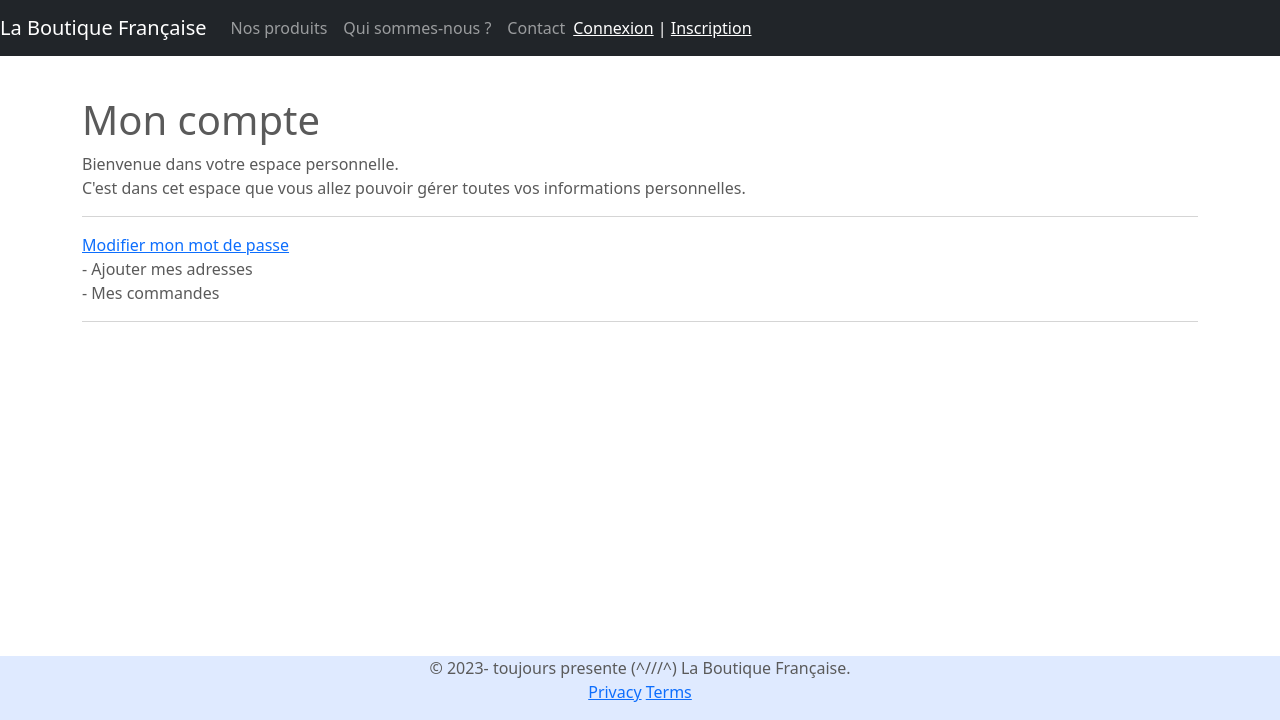
Repository: Coulibaly00180/laboutiquefrancaise
Page: templates/account/index.html.twig
An editor plug-in stored every save of this project. The page is shown before and after the next save, followed by the edit.
The browser window is 1280 px wide. The pictures show the whole page.
The page is a Twig template of a Symfony application; nobody is signed in and links lead nowhere. The template is opened directly, without the code that normally fills it, so the values that code supplies are empty.

Above is the page before, as saved 2023-03-03 17:55:18.

### templates/account/index.html.twig
{% extends 'base.html.twig' %}

{% block title %}Mon compte - La Boutique Française{% endblock %}

{% block content %}
    <h1>Mon compte</h1>
    Bienvenue {{ app.user.firstName}} dans votre espace personnelle. <br>
    C'est dans cet espace que vous allez pouvoir gérer toutes vos informations personnelles.<br>
    <hr>
    <a href="{{ path('app_account_password') }}">Modifier mon mot de passe</a> <br>
    -   Ajouter mes adresses<br>
    -   Mes commandes<br>
    <hr>
{% endblock %}

### templates/base.html.twig
<!doctype html>
<html lang="fr">
<head>
    <meta charset="utf-8">
    <meta name="viewport" content="width=device-width, initial-scale=1, shrink-to-fit=no">
    <meta name="description" content="">
    <meta name="author" content="Coulibaly Abdoulaye Christian">
    <meta name="generator" content="Jekyll v4.1.1">
    <title>{% block title %}La Boutique Française - 100% Made in French{% endblock %}</title>

    <!-- Bootstrap core CSS -->
    <link href="{{ asset('assets/css/bootstrap.min.css') }}" rel="stylesheet">
    <link href="{{ asset('assets/css/style.css') }}" rel="stylesheet">

    <style>
        .bd-placeholder-img {
            font-size: 1.125rem;
            text-anchor: middle;
            -webkit-user-select: none;
            -moz-user-select: none;
            -ms-user-select: none;
            user-select: none;
        }

        @media (min-width: 768px) {
            .bd-placeholder-img-lg {
                font-size: 3.5rem;
            }
        }
    </style>
    <!-- Custom styles for this template -->
    <link href="{{ asset('assets/css/carousel.css') }}" rel="stylesheet">
</head>
<body>
    <header>
        <nav class="navbar navbar-expand-md navbar-dark fixed-top bg-dark">
            <a class="navbar-brand" href="{{path('app_home') }}">La Boutique Française</a>
            <button class="navbar-toggler" type="button" data-toggle="collapse" data-target="#navbarCollapse" aria-controls="navbarCollapse" aria-expanded="false" aria-label="Toggle navigation">
                <span class="navbar-toggler-icon"></span>
            </button>
            <div class="collapse navbar-collapse" id="navbarCollapse">
                <ul class="navbar-nav mr-auto">
                    <li class="nav-item active">
                        <a class="nav-link" href="#">Nos produits</a>
                    </li>
                    <li class="nav-item">
                        <a class="nav-link" href="#">Qui sommes-nous ?</a>
                    </li>
                    <li class="nav-item">
                        <a class="nav-link" href="#">Contact</a>
                    </li>
                </ul>

                <div class="navbar-item-custom">
                    {% if app.user %}
                        <a href=" {{path('app_account') }}">Mon compte <small>( {{app.user.lastName}} )</small></a> | <a href=" {{ path('app_logout') }}">Déconnexion</a>
                    {% else %}
                        <a href=" {{ path('app_login') }}">Connexion</a> | <a href="{{ path('app_register') }}">Inscription</a>
                    {% endif %}
                </div>

            </div>
        </nav>
    </header>

    <main role="main">

        {% if block('carousel') is defined %}

        <div id="myCarousel" class="carousel slide" data-ride="carousel">
            <ol class="carousel-indicators">
                <li data-target="#myCarousel" data-slide-to="0" class="active"></li>
                <li data-target="#myCarousel" data-slide-to="1"></li>
                <li data-target="#myCarousel" data-slide-to="2"></li>
            </ol>
            <div class="carousel-inner">
                <div class="carousel-item active">
                    <svg class="bd-placeholder-img" width="100%" height="100%" xmlns="http://www.w3.org/2000/svg" preserveAspectRatio="xMidYMid slice" focusable="false" role="img"><rect width="100%" height="100%" fill="#777"/></svg>
                    <div class="container">
                        <div class="carousel-caption text-left">
                            <h1>Example headline.</h1>
                            <p>Cras justo odio, dapibus ac facilisis in, egestas eget quam. Donec id elit non mi porta gravida at eget metus. Nullam id dolor id nibh ultricies vehicula ut id elit.</p>
                            <p><a class="btn btn-lg btn-primary" href="#" role="button">Sign up today</a></p>
                        </div>
                    </div>
                </div>
                <div class="carousel-item">
                    <svg class="bd-placeholder-img" width="100%" height="100%" xmlns="http://www.w3.org/2000/svg" preserveAspectRatio="xMidYMid slice" focusable="false" role="img"><rect width="100%" height="100%" fill="#777"/></svg>
                    <div class="container">
                        <div class="carousel-caption">
                            <h1>Another example headline.</h1>
                            <p>Cras justo odio, dapibus ac facilisis in, egestas eget quam. Donec id elit non mi porta gravida at eget metus. Nullam id dolor id nibh ultricies vehicula ut id elit.</p>
                            <p><a class="btn btn-lg btn-primary" href="#" role="button">Learn more</a></p>
                        </div>
                    </div>
                </div>
                <div class="carousel-item">
                    <svg class="bd-placeholder-img" width="100%" height="100%" xmlns="http://www.w3.org/2000/svg" preserveAspectRatio="xMidYMid slice" focusable="false" role="img"><rect width="100%" height="100%" fill="#777"/></svg>
                    <div class="container">
                        <div class="carousel-caption text-right">
                            <h1>One more for good measure.</h1>
                            <p>Cras justo odio, dapibus ac facilisis in, egestas eget quam. Donec id elit non mi porta gravida at eget metus. Nullam id dolor id nibh ultricies vehicula ut id elit.</p>
                            <p><a class="btn btn-lg btn-primary" href="#" role="button">Browse gallery</a></p>
                        </div>
                    </div>
                </div>
            </div>
            <a class="carousel-control-prev" href="#myCarousel" role="button" data-slide="prev">
                <span class="carousel-control-prev-icon" aria-hidden="true"></span>
                <span class="sr-only">Previous</span>
            </a>
            <a class="carousel-control-next" href="#myCarousel" role="button" data-slide="next">
                <span class="carousel-control-next-icon" aria-hidden="true"></span>
                <span class="sr-only">Next</span>
            </a>
        </div>

        {% endif %}


        <!-- Marketing messaging and featurettes
        ================================================== -->
        <!-- Wrap the rest of the page in another container to center all the content. -->

        <div class="container marketing {% if block('carousel') is not defined %} mt-5 {% endif %}">

            {% block content %}

            {% endblock %}

        </div><!-- /.container -->

        <!-- FOOTER -->
        <footer class="footer-custom">
            <p>&copy; 2023- toujours presente (^///^) La Boutique Française. <br>
                <a href="#">Privacy</a> <a href="#">Terms</a>
            </p>
        </footer>
    </main>
    <script src="https://code.jquery.com/jquery-3.5.1.slim.min.js"></script>
    <script src="{{ asset('assets/js/bootstrap.bundle.js') }}"></script>
</body>
</html>

### public/assets/css/style.css
.navbar-item-custom, .navbar-item-custom a{
    color: #fff;
}

.footer-custom{
    text-align: center;
    position: absolute;
    bottom: 0;
    width: 100%;
    background-color: #dfeaff;
}

### public/assets/css/carousel.css
/* GLOBAL STYLES
-------------------------------------------------- */
/* Padding below the footer and lighter body text */

body {
    padding-top: 3rem;
    padding-bottom: 3rem;
    color: #5a5a5a;
}


/* CUSTOMIZE THE CAROUSEL
-------------------------------------------------- */

/* Carousel base class */
.carousel {
    margin-bottom: 4rem;
}
/* Since positioning the image, we need to help out the caption */
.carousel-caption {
    bottom: 3rem;
    z-index: 10;
}

/* Declare heights because of positioning of img element */
.carousel-item {
    height: 32rem;
}
.carousel-item > img {
    position: absolute;
    top: 0;
    left: 0;
    min-width: 100%;
    height: 32rem;
}


/* MARKETING CONTENT
-------------------------------------------------- */

/* Center align the text within the three columns below the carousel */
.marketing .col-lg-4 {
    margin-bottom: 1.5rem;
    text-align: center;
}
.marketing h2 {
    font-weight: 400;
}
.marketing .col-lg-4 p {
    margin-right: .75rem;
    margin-left: .75rem;
}


/* Featurettes
------------------------- */

.featurette-divider {
    margin: 5rem 0; /* Space out the Bootstrap <hr> more */
}

/* Thin out the marketing headings */
.featurette-heading {
    font-weight: 300;
    line-height: 1;
    letter-spacing: -.05rem;
}


/* RESPONSIVE CSS
-------------------------------------------------- */

@media (min-width: 40em) {
    /* Bump up size of carousel content */
    .carousel-caption p {
        margin-bottom: 1.25rem;
        font-size: 1.25rem;
        line-height: 1.4;
    }

    .featurette-heading {
        font-size: 50px;
    }
}

@media (min-width: 62em) {
    .featurette-heading {
        margin-top: 7rem;
    }
}

Loaded but not shown: public/assets/css/bootstrap.min.css (library); public/assets/js/bootstrap.bundle.js (library)

After the next save:
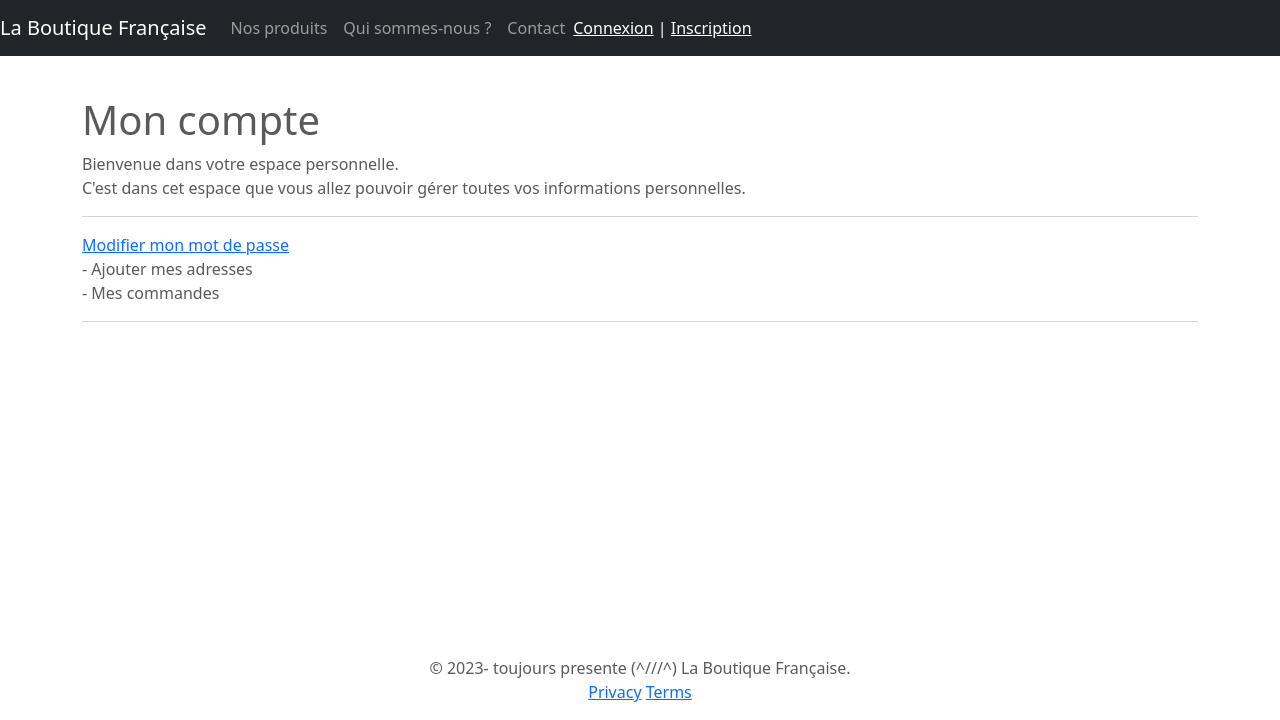
Saved 52 s later.
--- a/public/assets/css/style.css
+++ b/public/assets/css/style.css
@@ -7,5 +7,4 @@
     position: absolute;
     bottom: 0;
     width: 100%;
-    background-color: #dfeaff;
 }
